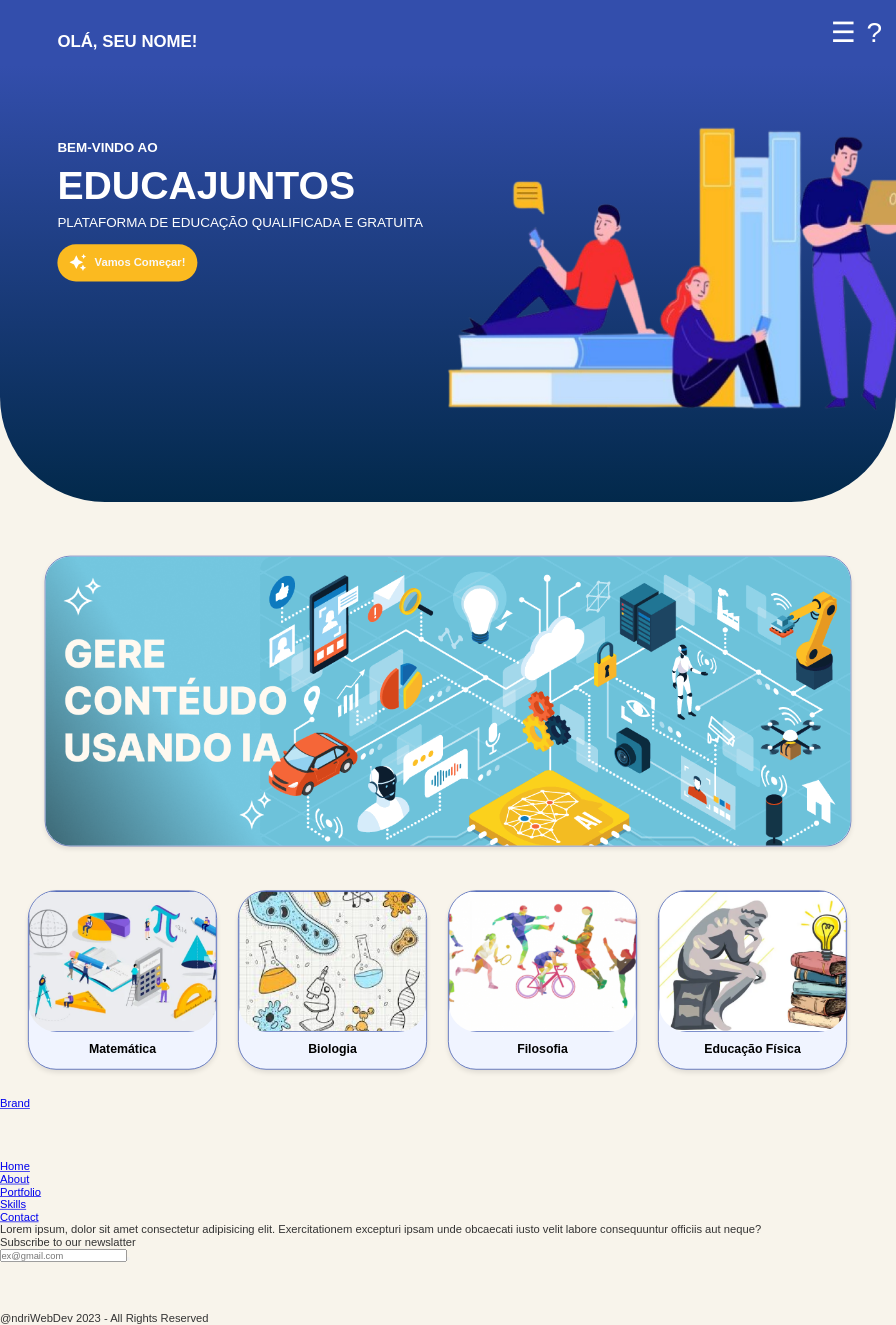
Repository: Matheus904-12/EDUCAJUNTOS
Page: inicio/index.html
An editor plug-in stored every save of this project. The page is shown before and after the next save, followed by the edit.
The browser window is 1280 px wide. The pictures show the whole page, at 70% of full size.

Above is the page before, as saved 2024-10-28 20:20:33.

### inicio/index.html
<!DOCTYPE html>
<html lang="pt-BR">

<head>
    <meta charset="UTF-8">
    <meta name="viewport" content="width=device-width, initial-scale=1.0">
    <title>Educajuntos</title>
    <link rel="stylesheet" href="style.css">
</head>

<body>
    <header>
        <h1>OLÁ, SEU NOME!</h1>
        <nav>
            <button class="menu-btn">&#9776;</button>
            <button class="help-btn">?</button>
        </nav>
    </header>

    <section class="hero">
        <h2>BEM-VINDO AO</h2>
        <h3>EDUCAJUNTOS</h3>
        <p>PLATAFORMA DE EDUCAÇÃO QUALIFICADA E GRATUITA</p>
        <button class="btn">
            <svg height="24" width="24" fill="#FFFFFF" viewBox="0 0 24 24" data-name="Layer 1" id="Layer_1" class="sparkle">
                <path d="M10,21.236,6.755,14.745.264,11.5,6.755,8.255,10,1.764l3.245,6.491L19.736,11.5l-6.491,3.245ZM18,21l1.5,3L21,21l3-1.5L21,18l-1.5-3L18,18l-3,1.5ZM19.333,4.667,20.5,7l1.167-2.333L24,3.5,21.667,2.333,20.5,0,19.333,2.333,17,3.5Z"></path>
            </svg>

            <span class="text">Vamos Começar!</span>
        </button>
        <div class="hero-image">
            <img src="../image/1.png" alt="Imagem ilustrativa de pessoas estudando">
        </div>

    </section>

    <br>
    <br>
    <br>

    <main>

        <div class="category-card large">
            <img src="../image/7.png" alt="IA">
        </div>

        <section class="categories">
            <div class="category-card">
                <img src="../image/2.png" alt="Matemática">
                <p>Matemática</p>
                <br>
            </div>
            <div class="category-card">
                <img src="../image/3.png" alt="Biologia">
                <p>Biologia</p>
                <br>
            </div>
            <div class="category-card">
                <img src="../image/6.png" alt="Filosofia">
                <p>Filosofia</p>
                <br>
            </div>
            <div class="category-card">
                <img src="../image/5.png" alt="Educação Física">
                <p>Educação Física</p>
                <br>
            </div>
        </section>
    </main>

    <footer class="footer">
        <div class="container">
          <div class="col1">
            <a href="#" class="brand">Brand</a>
            <ul class="media-icons">
              <li>
                <a href="#"><i class="fa-brands fa-youtube"></i></a>
              </li>
              <li>
                <a href="#"><i class="fa-brands fa-discord"></i></a>
              </li>
              <li>
                <a href="#"><i class="fa-brands fa-instagram"></i></a>
              </li>
              <li>
                <a href="#"><i class="fa-brands fa-github"></i></a>
              </li>
            </ul>
          </div>
          <div class="col2">
            <ul class="menu">
              <li><a href="#">Home</a></li>
              <li><a href="#">About</a></li>
              <li><a href="#">Portfolio</a></li>
              <li><a href="#">Skills</a></li>
              <li><a href="#">Contact</a></li>
              <p>Lorem ipsum, dolor sit amet consectetur adipisicing elit. Exercitationem excepturi ipsam unde obcaecati iusto velit labore consequuntur officiis aut neque?</p>
            </ul>
          </div>
          <div class="col3">
            <p>Subscribe to our newslatter</p>
            <form>
              <div class="input-wrap">
                <input type="email" placeholder="ex@gmail.com" /><button type="submit"><i class="fa-solid fa-paper-plane"></i></button>
              </div>
            </form>
            <ul class="services-icons">
              <li>
                <a href="#"><i class="fa-brands fa-cc-paypal"></i></a>
              </li>
              <li>
                <a href="#"><i class="fa-brands fa-cc-apple-pay"></i></a>
              </li>
              <li>
                <a href="#"><i class="fa-brands fa-google-pay"></i></a>
              </li>
              <li>
                <a href="#"><i class="fa-brands fa-cc-amazon-pay"></i></a>
              </li>
            </ul>
          </div>
        </div>
        <div class="footer-bottom">
          <div class="mekk">
            <p>@ndriWebDev 2023 - All Rights Reserved</p>
          </div>
        </div>
      </footer>

    <script src="script.js"></script>
</body>

</html>

### inicio/style.css
* {
    margin: 0;
    padding: 0;
    box-sizing: border-box;
    font-family: Arial, sans-serif;
}

body {
    background-color: #F8F4EB;
    color: #333;
}

header {
    background-color: #334EAC;
    color: #fff;
    padding: 20px;
    display: flex;
    justify-content: space-between;
    align-items: center;
}

header h1 {
    font-size: 1.5em;
    margin-left: 5%;
    margin-top: 2%;
}

nav {
    display: flex;
    gap: 15px;
}

.menu-btn,
.help-btn {
    background: none;
    border: none;
    color: #fff;
    font-size: 2.5em;
    cursor: pointer;
}

/* Hero Section with Rounded Bottom Borders and Centered Image */
.hero {
    background: linear-gradient( #334EAC, #02294b);
    color: #fff;
    padding: 45px 20px;
    border-bottom-left-radius: 150px;
    border-bottom-right-radius: 150px;
    position: relative;
    display: flex;
    flex-direction: column;
    align-items: flex-start;
    overflow: hidden;

}

.hero h2 {
    font-size: 1.2em;
    margin-bottom: 10px;
    font-weight: bold;
    margin-left: 5%;
    margin-top: 5%;
}

.hero h3 {
    font-size: 3.5em;
    margin-bottom: 10px;
    font-weight: bold;
    margin-left: 5%;
}

.hero p {
    font-size: 1.2em;
    margin-bottom: 20px;
    margin-left: 5%;
}

.hero-image {
    display: flex;
    margin-left: 45%;
    width: 782px;
    height: 580px;
    margin-top: -25%;
}

.hero-image img {
    width: 100%;
    height: auto;
    border-radius: 0 0 150px 150px;
}

/* Categories Section */
.categories {
    display: grid;
    grid-template-columns: repeat(4, 1fr);
    gap: 0px;
    padding: 40px;
}

.category-card {
    background-color: #F0F4FF; /* Cor de fundo suave */
    border: 1px solid #334EAC; /* Contorno azul */
    border-radius: 40px;
    text-align: center;
    box-shadow: 0px 4px 8px rgba(0, 0, 0, 0.1);
    width: 90%;
    height: 100%;

}

.category-card img {
    width: 100%;
    border-radius: 40px;
    margin-top: 0px;
}

.category-card p {
    margin-top: 10px;
    font-size: 1.1em;
    font-weight: bold;
    color: #000000;
}

/* Ajuste do card para o modo grande */
.category-card.large {
    grid-column: span 2;
    display: flex;
    justify-content: center;
    align-items: center;
    font-size: 1.5em;
    font-weight: bold;
    width: 100%;
    transform: scale(90%);
    border-radius: 40px;
}

/* From Uiverse.io by AlimurtuzaCodes */
.btn {
    border: none;
    width: 15em;
    height: 4em;
    border-radius: 3em;
    display: flex;
    justify-content: center;
    align-items: center;
    gap: 12px;
    background: #fbba20;
    cursor: pointer;
    transition: all 450ms ease-in-out;
    margin-left: 5%;
  }

  .sparkle {
    fill: #ffffff;
    transition: all 800ms ease;
  }

  .text {
    font-weight: 600;
    color: #f8f8f8;
    font-size: medium;
  }

  .btn:hover {
    background: linear-gradient(0deg,#cca152);
    box-shadow: inset 0px 1px 0px 0px rgba(255, 255, 255, 0.4),
    inset 0px -4px 0px 0px rgba(0, 0, 0, 0.2),
    0px 0px 0px 4px rgba(255, 255, 255, 0.2),
    0px 0px 180px 0px #334EAC;
    transform: translateY(-2px);
  }

  .btn:hover .text {
    color: white;
  }

  .btn:hover .sparkle {
    fill: white;
    transform: scale(1.2);
  }

### inicio/script.js
document.addEventListener('DOMContentLoaded', () => {
    const menuButton = document.querySelector('.menu-btn');
    const dropdownMenu = document.querySelector('.dropdown-menu');

    menuButton.addEventListener('click', () => {
        dropdownMenu.style.display = dropdownMenu.style.display === 'block' ? 'none' : 'block';
    });

    // Fecha o menu dropdown ao clicar fora dele
    document.addEventListener('click', (event) => {
        if (!menuButton.contains(event.target) && !dropdownMenu.contains(event.target)) {
            dropdownMenu.style.display = 'none';
        }
    });
});

After the next save:
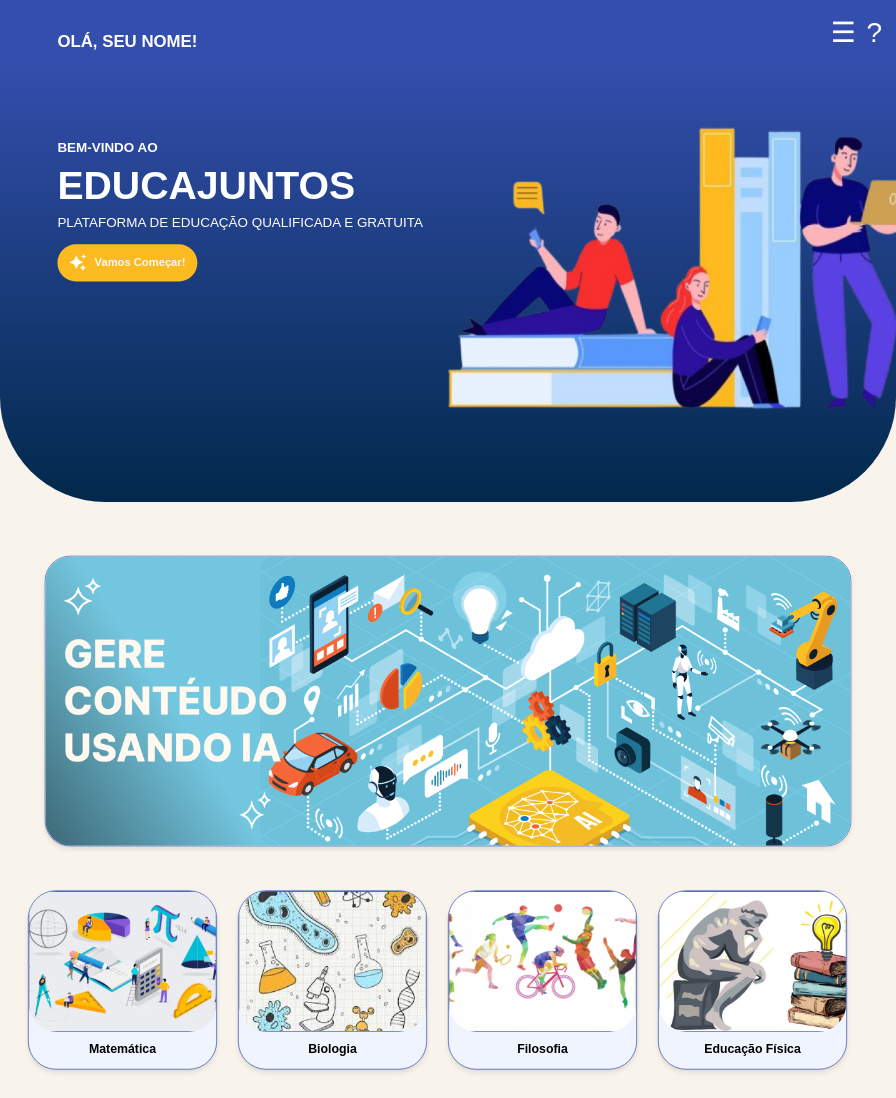
Saved 4 s later.
--- a/inicio/index.html
+++ b/inicio/index.html
@@ -68,64 +68,7 @@
         </section>
     </main>
 
-    <footer class="footer">
-        <div class="container">
-          <div class="col1">
-            <a href="#" class="brand">Brand</a>
-            <ul class="media-icons">
-              <li>
-                <a href="#"><i class="fa-brands fa-youtube"></i></a>
-              </li>
-              <li>
-                <a href="#"><i class="fa-brands fa-discord"></i></a>
-              </li>
-              <li>
-                <a href="#"><i class="fa-brands fa-instagram"></i></a>
-              </li>
-              <li>
-                <a href="#"><i class="fa-brands fa-github"></i></a>
-              </li>
-            </ul>
-          </div>
-          <div class="col2">
-            <ul class="menu">
-              <li><a href="#">Home</a></li>
-              <li><a href="#">About</a></li>
-              <li><a href="#">Portfolio</a></li>
-              <li><a href="#">Skills</a></li>
-              <li><a href="#">Contact</a></li>
-              <p>Lorem ipsum, dolor sit amet consectetur adipisicing elit. Exercitationem excepturi ipsam unde obcaecati iusto velit labore consequuntur officiis aut neque?</p>
-            </ul>
-          </div>
-          <div class="col3">
-            <p>Subscribe to our newslatter</p>
-            <form>
-              <div class="input-wrap">
-                <input type="email" placeholder="ex@gmail.com" /><button type="submit"><i class="fa-solid fa-paper-plane"></i></button>
-              </div>
-            </form>
-            <ul class="services-icons">
-              <li>
-                <a href="#"><i class="fa-brands fa-cc-paypal"></i></a>
-              </li>
-              <li>
-                <a href="#"><i class="fa-brands fa-cc-apple-pay"></i></a>
-              </li>
-              <li>
-                <a href="#"><i class="fa-brands fa-google-pay"></i></a>
-              </li>
-              <li>
-                <a href="#"><i class="fa-brands fa-cc-amazon-pay"></i></a>
-              </li>
-            </ul>
-          </div>
-        </div>
-        <div class="footer-bottom">
-          <div class="mekk">
-            <p>@ndriWebDev 2023 - All Rights Reserved</p>
-          </div>
-        </div>
-      </footer>
+
 
     <script src="script.js"></script>
 </body>
